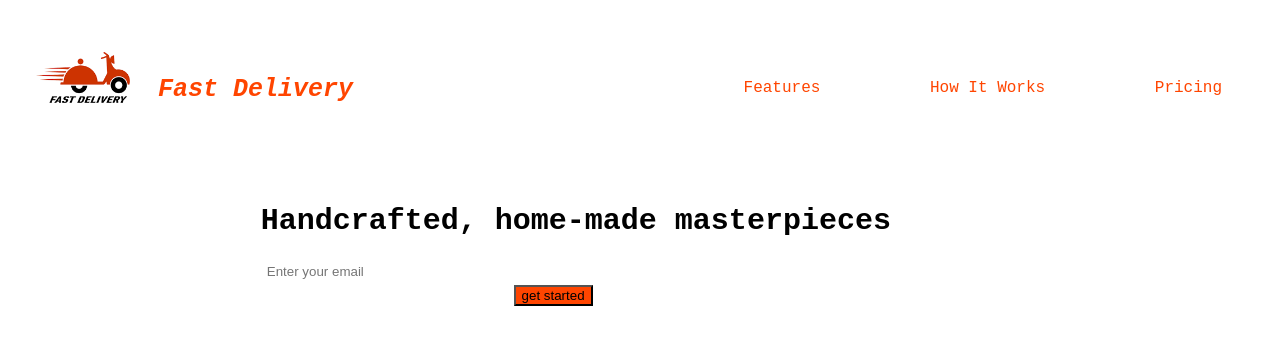
Repository: AbdulWahabRaza123/DeliveryWebPage
Page: index.html
These files come from the project's save history. The page is drawn as it stood at one moment and after a run of saves; the edit follows.
The browser window is 1280 px wide. The pictures show the whole page.

Above is the page before, as saved 2021-09-12 18:08:22.

After the next 2 saves:
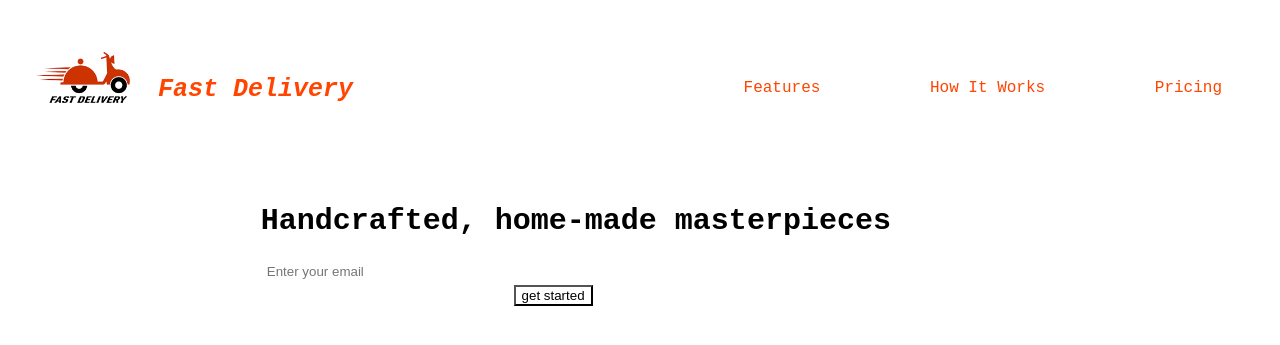
The 2 saves are shown as one change because they came seconds apart.
The last was saved 17 s later.
--- a/new.css
+++ b/new.css
@@ -60,5 +60,5 @@
 }
 
 #submit {
-    background-color: orangered;
+    background-color: white;
 }
